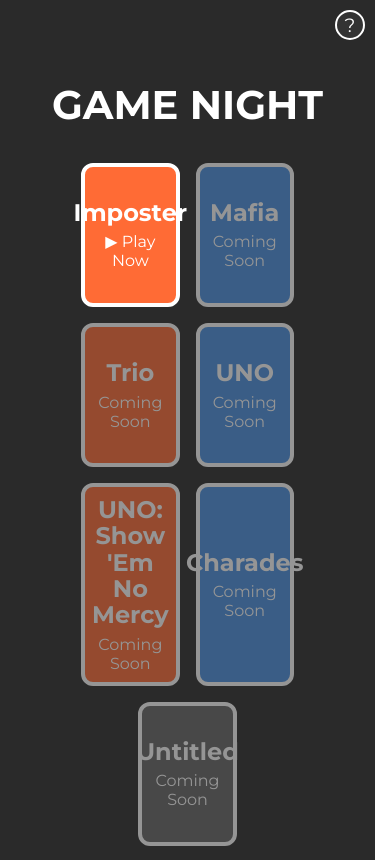
Repository: nfemmanuel/game-night-app
Page: /
An editor plug-in stored every save of this project. The page is shown before and after a run of saves, followed by the edit.
The browser window is 375 px wide. The pictures show the whole page.
The project was rebuilt for these pictures with package versions that can differ from the ones it lists, and the page was loaded fresh each time. Also part of the build but not shown: src/components/BackButton.jsx, src/pages/ImposterSetup.jsx, src/data/wordList.js, src/pages/ImposterReveal.jsx, src/pages/ImposterVoting.jsx.

Above is the page before, as saved 2026-01-02 16:26:31.

After the next 2 saves:
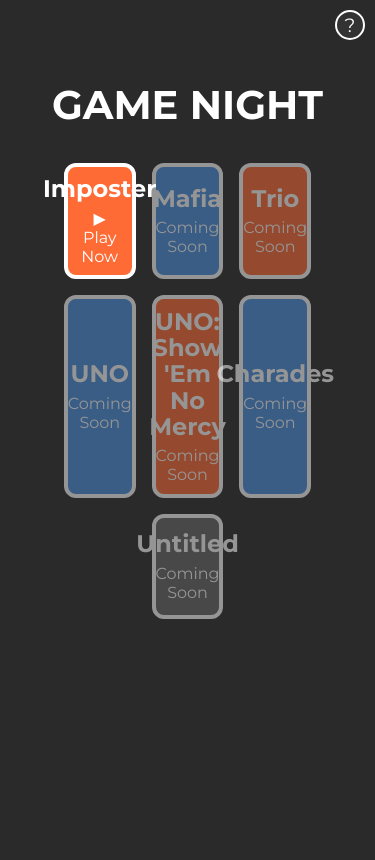
The 2 saves are shown as one change because they came seconds apart.
The last was saved 17 h 41 min later.
--- a/src/components/GameCard.module.css
+++ b/src/components/GameCard.module.css
@@ -82,7 +82,7 @@
 
 @media (max-width: 480px) {
     .card {
-        width: calc(33.333% - 8px);
+        width: calc(25% - 8px);
         aspect-ratio: 225 / 330;
         padding: 2.5vw;
         margin: 4px;
